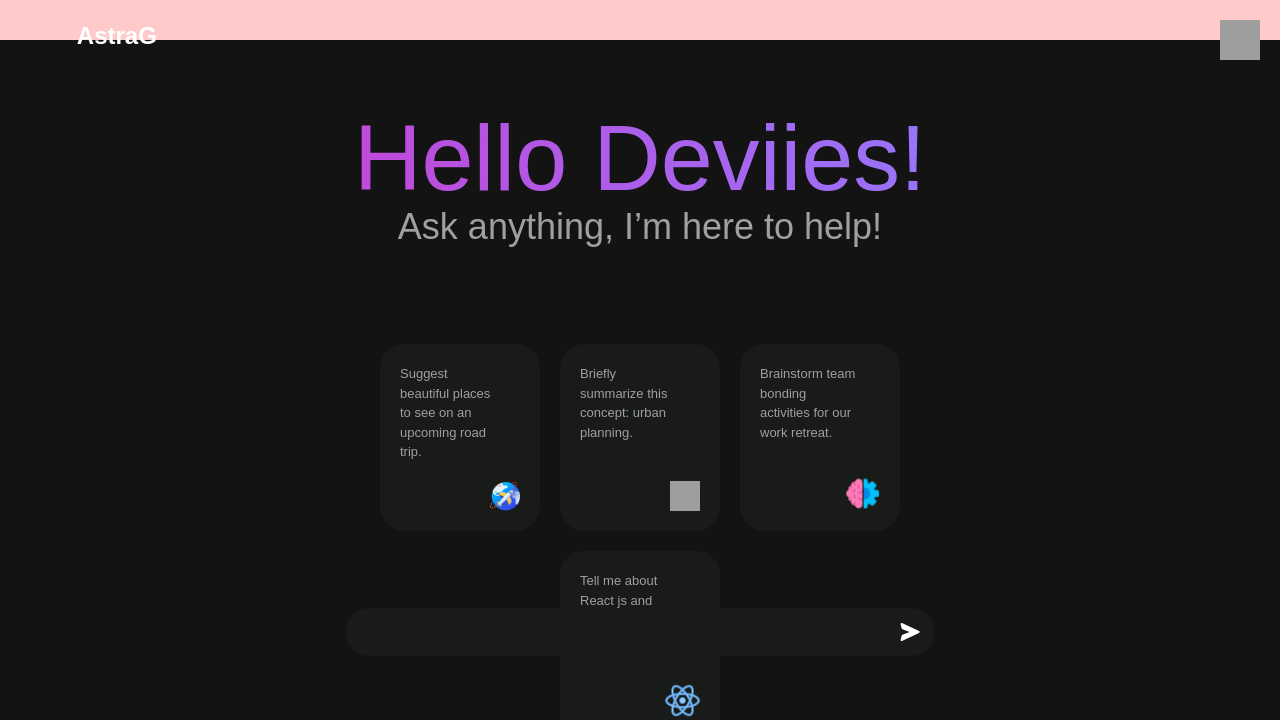
Repository: S-o-b-u/AstraGen1
Page: /
The author's editor kept a copy of each file at every save. The page is drawn from the files as they stood at one save, then again after the next save.
The browser window is 1280 px wide. The pictures show the whole page.
Pictures or frames that could not be fetched are drawn as grey boxes. The project was rebuilt for these pictures with package versions that can differ from the ones it lists, and the page was loaded fresh each time. Also part of the build but not shown: vite.config.js, src/components/Loader/Loader.jsx, src/components/Sidebar/SIdebar.jsx.

Above is the page before, as saved 2024-11-14 01:31:30.

After the next save:
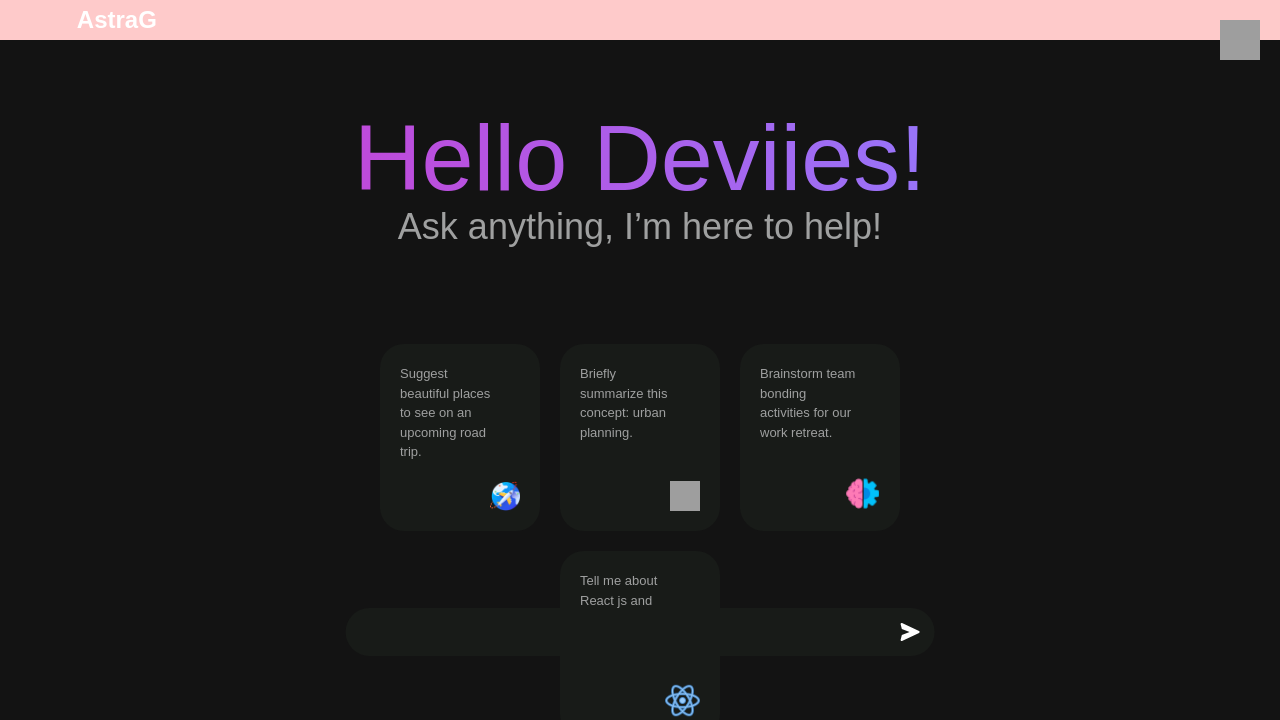
Saved 34 s later.
--- a/src/components/Main/Main.jsx
+++ b/src/components/Main/Main.jsx
@@ -30,7 +30,7 @@ const Main = () => {
      <div className="relative w-[100%] h-[100vh] overflow-hidden">
      <div className="relative bg-red-200 px-5 py-5">
         <nav className=" flex justify-between ">
-          <h1 className="absolute text-white left-16  lg:left-[6vw] text-2xl font-semibold">
+          <h1 className="absolute text-white left-16 top-1 lg:left-[6vw] text-2xl font-semibold">
             AstraG
           </h1>
           <img
